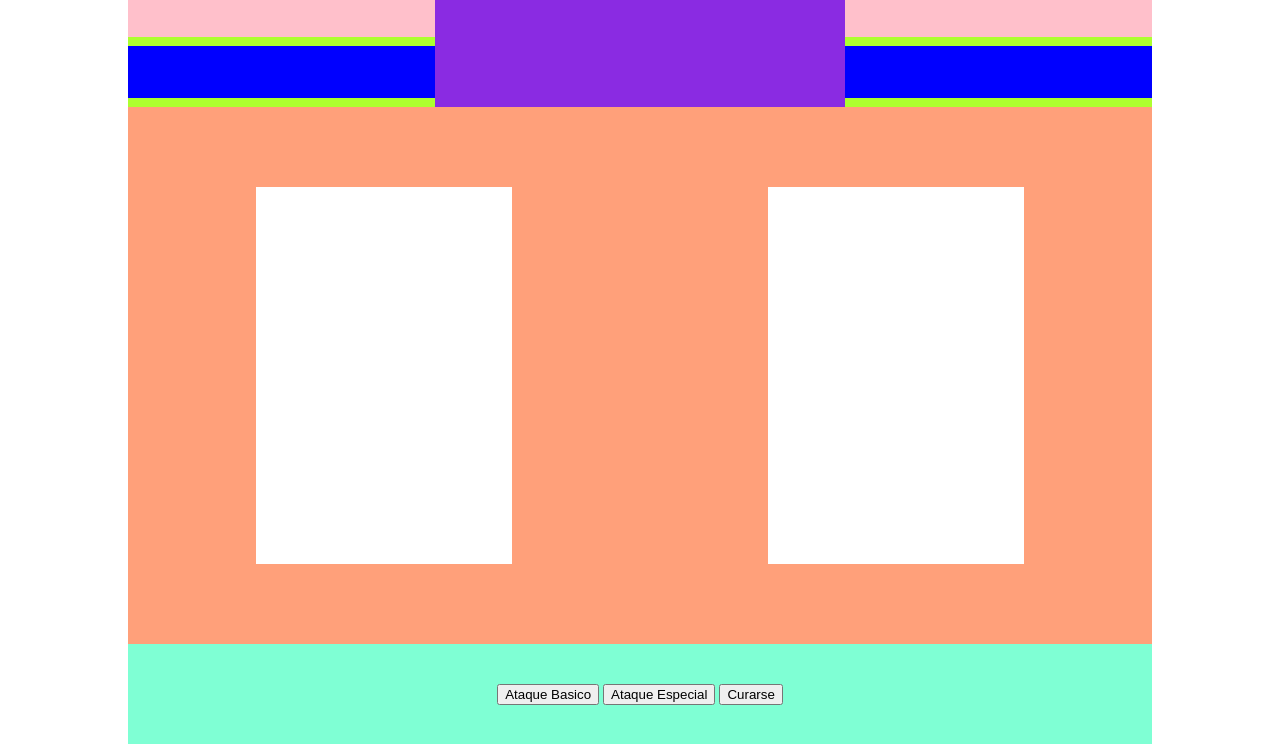
Repository: NovaDuel/novaduel-game
Page: index.html
An editor plug-in stored every save of this project. The page is shown before and after the next save, followed by the edit.
The browser window is 1280 px wide. The pictures show the whole page.

Above is the page before, as saved 2024-03-25 12:26:48.

### index.html
<!DOCTYPE html>
<html lang="en">
<head>
    <meta charset="UTF-8">
    <meta name="viewport" content="width=device-width, initial-scale=1.0">
    <link rel="stylesheet" href="style.css">
    <script src="main.js" defer></script>
    <title>NovaDuel</title>
</head>
<body>
    <div id="main-container">
        <div id="status">
            <div class="bars-wrapper">
                <div id="health-player" class="health"></div>
                <div id="stamina-player" class="stamina"></div>
            </div>
            <div class="bars-wrapper">
                <div id="health-enemy" class="health"></div>
                <div id="stamina-enemy" class="stamina"></div>
            </div>
        </div>
        <div id="characters">
            <div id="player" class="pj"></div>
            <div id="enemy" class="pj"></div>
        </div>
        <div id="actions">
            <div id="buttons">
                <button id="basic-attack">Ataque Basico</button>
                <button id="special-attack">Ataque Especial</button>
                <button id="heal-action">Curarse</button>
            </div>
        </div>
    </div>
</body>
</html>

### style.css
body {
    margin: 0;
    padding: 0;
    height: 100vh;
    display: flex;
    align-items: center;
    justify-content: center;
}

#main-container {
    width: 1024px;
    height: 768px;
    background-color: aquamarine;
}

#status {
    display: flex;
    justify-content: space-between;
    width: 100%;
    height: 17%;
    background-color:blueviolet
}

.bars-wrapper {
    display: flex;
    flex-direction: column;
    justify-content: space-evenly;
    align-items: center;
    width: 30%;
    height: 100%;
    background-color: greenyellow;
}

.health {
    width: 100%;
    height: 40%;
    margin: 0 50px;
    background-color: pink;
}

.stamina {
    width: 100%;
    height: 40%;
    background-color: blue
}

#characters {
    display: flex;
    align-items: center;
    justify-content: space-around;
    width: 100%;
    height: 70%;
    background-color: lightsalmon;
}

.pj {
    height: 70%;
    width: 25%;
    background-color: white;
}

#actions {
    height: 13%;
    display: flex;
    align-items: center;
    justify-content: center;
}

### main.js
const $$ = selector => document.querySelector(selector);

function Player (health, stamina, strength) {
    this.health = health;
    this.stamina = stamina;
    this.strength = strength;
    this.attackPlayer = function() {
        return this.strength;
    },
    this.specialAttackPlayer = function() {
        if (this.stamina >= 10) {
            this.stamina -= 10;
            return this.strength + 10 * Math.round(Math.random() * 3);
        }
    },
    this.receiveDamage = function(damage) {
        this.health -= damage;
    }
    this.healing = function() {
        if (this.stamina >= 20) {
            this.stamina -= 20;
            this.health += 50;
        }
    }
}


function Enemy (health, stamina, strength) {
    this.health = health;
    this.stamina = stamina;
    this.strength = strength;
    this.attackEnemy = function() {
        return this.strength;
    },
    this.specialAttackEnemy = function() {
        if (this.stamina >= 10) {
            this.stamina -= 10;
            return this.strength + 10 * Math.round(Math.random() * 3);
        }
    },
    this.receiveDamage = function (damage) {
        this.health -= damage;
    },
    this.healing = function() {
        if (this.stamina >= 20) {
            this.stamina -= 20;
            this.health += 50;
        }
    }
}

function Game() {

}

let player = new Player(100, 100, 20);
let enemy = new Enemy(100, 100, 18);

let actionsArray = ['attack', 'special', 'heal'],
    randomAction = Math.floor(Math.random() * 3);


function actionsEnemy(action) {
    switch(action) {
        case 0:
            let enemyStrength = enemy.attackEnemy();
            player.receiveDamage(enemyStrength);
            break;
        case 1:
            let specialEnemyStrength = enemy.specialAttackEnemy();
            player.receiveDamage(specialEnemyStrength);
            break;
        case 2:
            enemy.healing();
            break;
    }
}


$$('#basic-attack').addEventListener('click', function() {
    let playerStrength = player.attackPlayer();
    enemy.receiveDamage(playerStrength);
    enemy.health
    setTimeout(actionsEnemy, 2000, randomAction);
})
$$('#special-attack').addEventListener('click', function() {
    let playerStrength = player.specialAttackPlayer();
    enemy.receiveDamage(playerStrength);
    setTimeout(actionsEnemy, 2000, randomAction);
})
$$('#heal-action').addEventListener('click', function() {
    player.healing();
    setTimeout(actionsEnemy, 2000, randomAction);
})

After the next save:
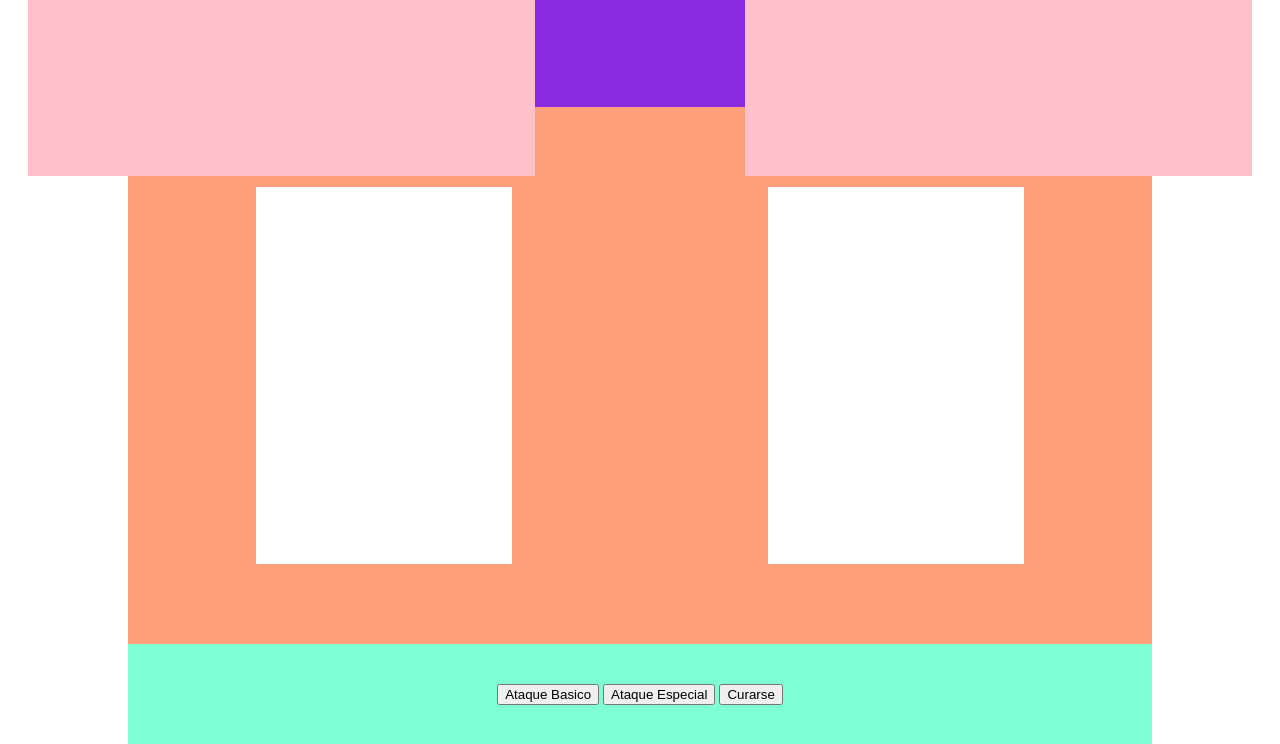
Saved 9 s later.
--- a/style.css
+++ b/style.css
@@ -34,7 +34,7 @@
 .health {
     width: 100%;
     height: 40%;
-    margin: 0 50px;
+    padding: 100px;
     background-color: pink;
 }
 

After the save that followed:
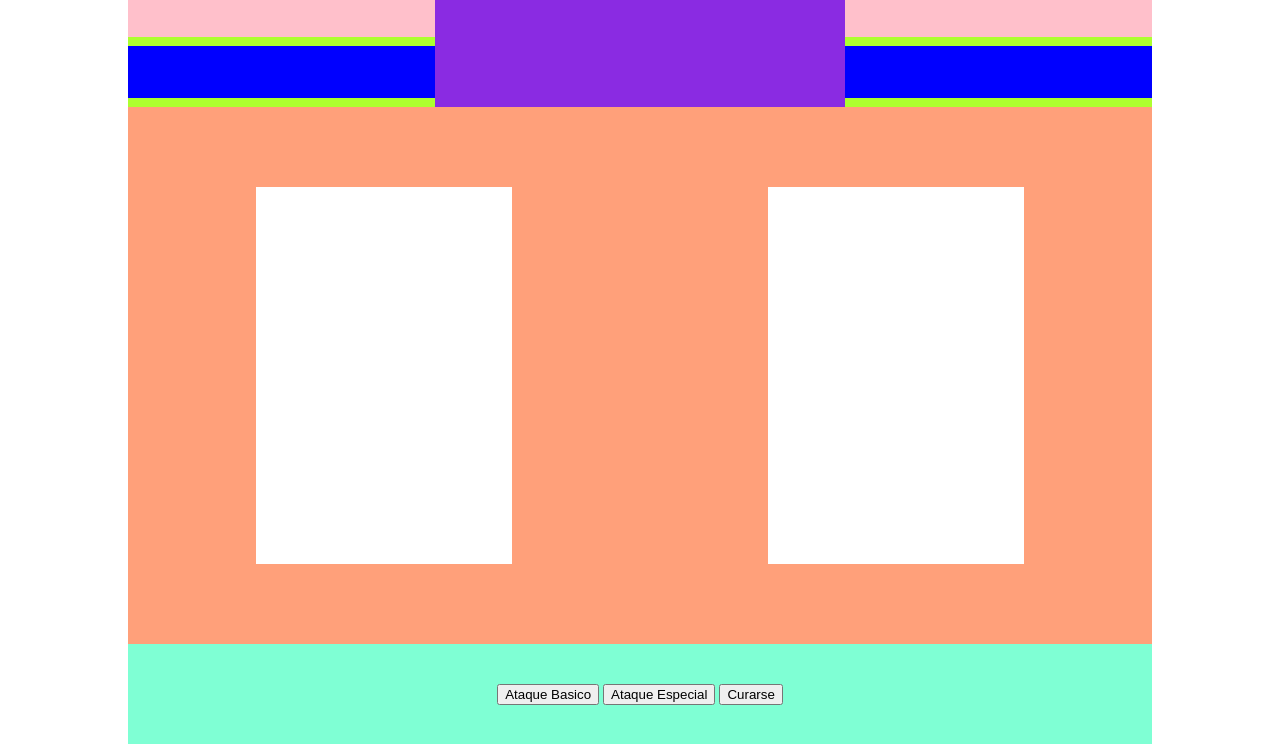
Saved 8 s later.
--- a/style.css
+++ b/style.css
@@ -34,7 +34,6 @@
 .health {
     width: 100%;
     height: 40%;
-    padding: 100px;
     background-color: pink;
 }
 
